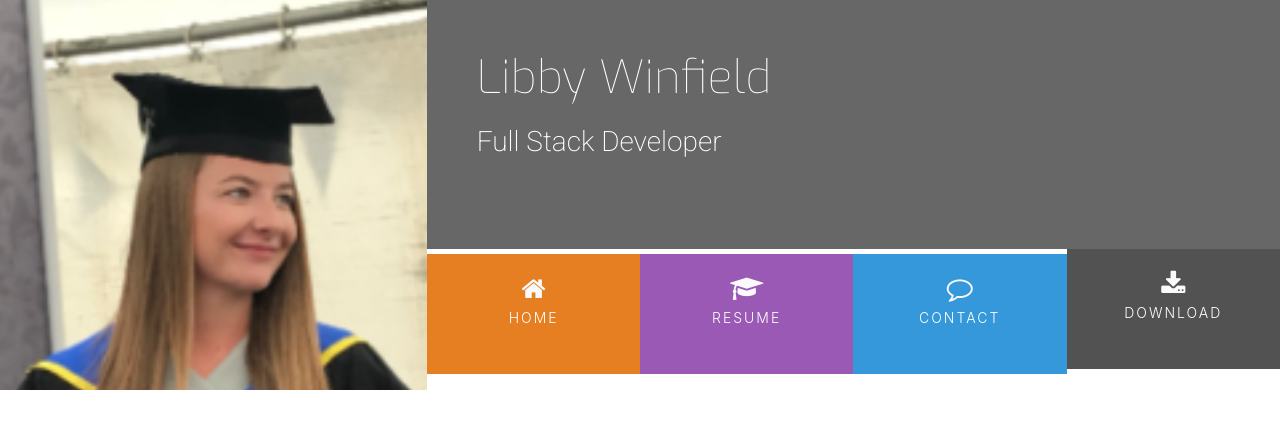
Repository: LibbyWin/CV
Page: index.html
The author's editor kept a record of every edit. The page is drawn from the files as they stood at one moment, then again after the next edit.
The browser window is 1280 px wide. The pictures show the whole page.

Above is the page before.

### index.html
<!DOCTYPE html>
<html lang="en">
<head>
    <meta charset="UTF-8">
    <meta name="viewport" content="width=device-width, initial-scale=1.0">
    <meta http-equiv="X-UA-Compatible" content="ie=edge">
    <link rel="stylesheet" href="https://stackpath.bootstrapcdn.com/bootstrap/4.3.1/css/bootstrap.min.css" type="text/css" />
    <link rel="stylesheet" href="https://stackpath.bootstrapcdn.com/font-awesome/4.7.0/css/font-awesome.min.css" type="text/css" />
    <link rel="stylesheet" href="assets/css/style.css" type="text/css" />
    <link rel="stylesheet" href="https://cdnjs.cloudflare.com/ajax/libs/hover.css/2.3.1/css/hover-min.css" type="text/css" />
    <title>Libby Winfield</title>
    <style>
   @import url('https://fonts.googleapis.com/css?family=Exo&display=swap');
    </style>
</head>
<body>
    <header>
        <div class="row no-gutters">
            <a href="index.html" class="col-md-4 logo">

            </a>
            <div class="col-md-8">
                <div class="row no-gutters bg-color-name-title">
                    <div class="col heading">
                        <h1 class="name">Libby Winfield</h1>
                        <h2 class="title">Full Stack Developer</h2>

                    </div>
                </div>
                <div class="row no-gutters">
                    <div class="col">
                        <ul id="nav" class="list-inline menucontainer">
                            <li class="col-6 col-sm-3 ui-menu-color-home list-inline-item menuitem">
                                <a href="#" class="hvr-sweep-to-bottom"><i class="fa fa-home" aria-hidden_"true"></i><span>Home</span></a>
                            </li>
                            <li class="col-6 col-sm-3 ui-menu-color-resume list-inline-item menuitem">
                                <a href="#" class="hvr-sweep-to-bottom"><i class="fa fa-graduation-cap" aria-hidden="true"></i><span>Resume</span></a>
                            </li>
                            <li class="col-6 col-sm-3 ui-menu-color-contact list-inline-item menuitem">
                                <a href="#" class="hvr-sweep-to-bottom"><i class="fa fa-comment-o" aria-hidden="true"></i><span>Contact</span></a>
                            </li>
                            <li class="col-6 col-sm-3 ui-menu-color-download list-inline-item menuitem">
                                <a href="#"><i class="fa fa-download" aria-hidden="true"></i><span>Download</span></a>
                            </li>
                        </ul>
                    </div>
                </div>


            </div>
        </div>
    </header>
    <section>

    </section>
    <footer>

    </footer>

</body>
</html>

### assets/css/style.css
@import url('https://fonts.googleapis.com/css?family=Roboto:100,200,300,400,500,600,700|Exo:100,200,300,400,500,600,700');

/*--------------------------------------------Colors*/

.bg-color-name-title {
    background-color: #676767;
}

.ui-menu-color-home {
    background-color: #e67e22;
}

.ui-menu-color-resume {
    background-color: #9b59b6;
}

.ui-menu-color-contact {
    background-color: #3498db;
}

.ui-menu-color-download {
    background-color: #525252;
}

/*--------------------------------------------Heading*/

header {
    margin: 0;
}

.heading {
    margin-left: 50px;
}

.logo {
    background: url("../images/IMG_1027.JPG");
    background-position: center;
    background-repeat: no-repeat;
    background-size: cover;
    min-height: 360px;
    transition: all .5s ease-in-out;
    -moz-transition: all .5s ease-in-out;
    -webkit-transition: all .5s ease-in-out;
}

.name {
    font-family: "Exo", sans-serif;
    font-weight: 100;
    font-size: 46px;
    margin-top: 50px;
    color: #fff;
}

.title {
    font-family: "Roboto", sans-serif;
    font-weight: 200;
    font-size: 28px;
    margin-top: 20px;
    margin-bottom: 90px;
    color: #fff;
}

.list-inline-item:not(:last-child) {
    margin: 0;
}

.menucontainer {
    font-size: 0;
}

#nav li {
    font-size: 14px;
    padding: 0;
}

.menuitem {
    height: 120px;
    text-align: center;
    padding: 0;
}

.menuitem a {
    width: 100%;
    text-decoration: none;
    color: #fff;
    height: 120px;
}

.menuitem a i {
    padding-top: 22px;
    display: block;
    color: #fafafa;
    font-size: 26px;
}

.menuitem span {
    display: block;
    width: 100%;
    padding-top: 5px;
    text-align: center;
    text-transform: uppercase;
    font-size: 14px;
    font-weight: 300;
    letter-spacing: 2px;
}

After the next edit:
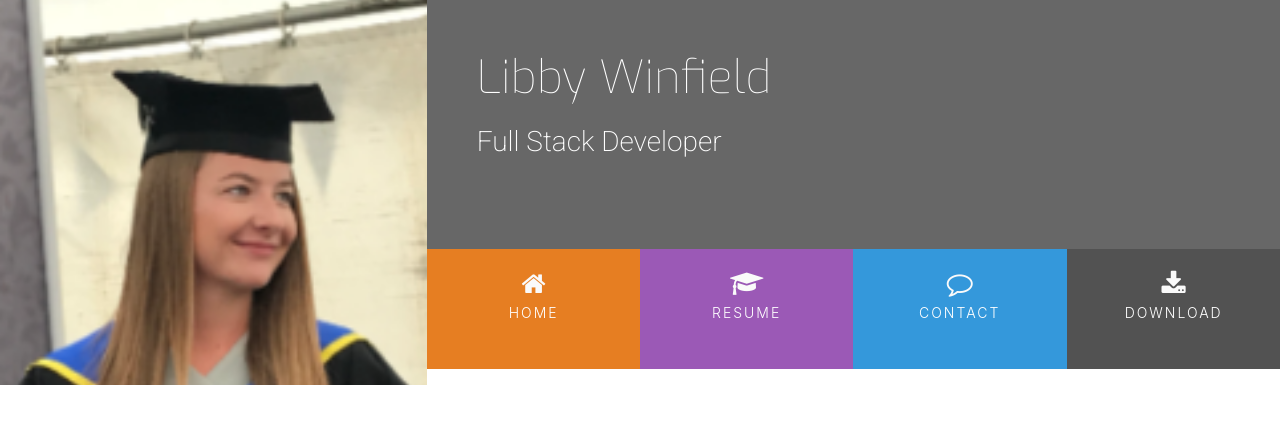
The edit:
--- a/index.html
+++ b/index.html
@@ -40,7 +40,7 @@
                                 <a href="#" class="hvr-sweep-to-bottom"><i class="fa fa-comment-o" aria-hidden="true"></i><span>Contact</span></a>
                             </li>
                             <li class="col-6 col-sm-3 ui-menu-color-download list-inline-item menuitem">
-                                <a href="#"><i class="fa fa-download" aria-hidden="true"></i><span>Download</span></a>
+                                <a href="#" class="hvr-sweep-to-bottom"><i class="fa fa-download" aria-hidden="true"></i><span>Download</span></a>
                             </li>
                         </ul>
                     </div>
